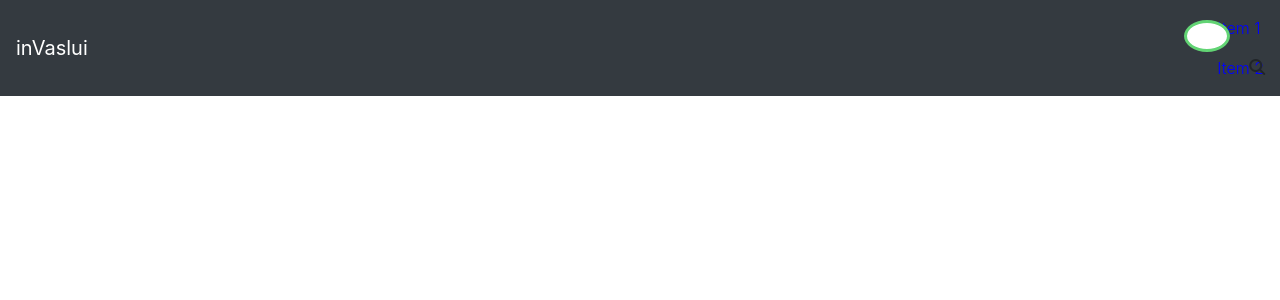
Repository: nicolasolo/in-vaslui
Page: index.html
The author's editor kept a copy of each file at every save. The page is drawn from the files as they stood at one save, then again after a run of saves.
The browser window is 1280 px wide. The pictures show the whole page.
Some web libraries are served in a nearby version.

Above is the page before, as saved 2020-03-29 21:09:49.

After the next 2 saves:
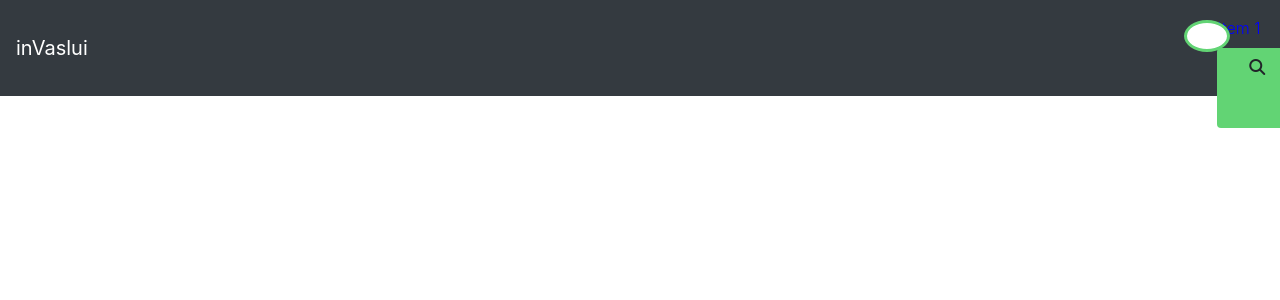
The 2 saves are shown as one change because they came seconds apart.
The last was saved 6 s later.
--- a/css/vaslui.css
+++ b/css/vaslui.css
@@ -44,7 +44,8 @@ a.navbar-brand{
     position: absolute;
     width: 80px;
     height: 80px;
-    background: #;
+    background: #62d474;
+
 }
 ul.navbar-nav{
     color: black;
